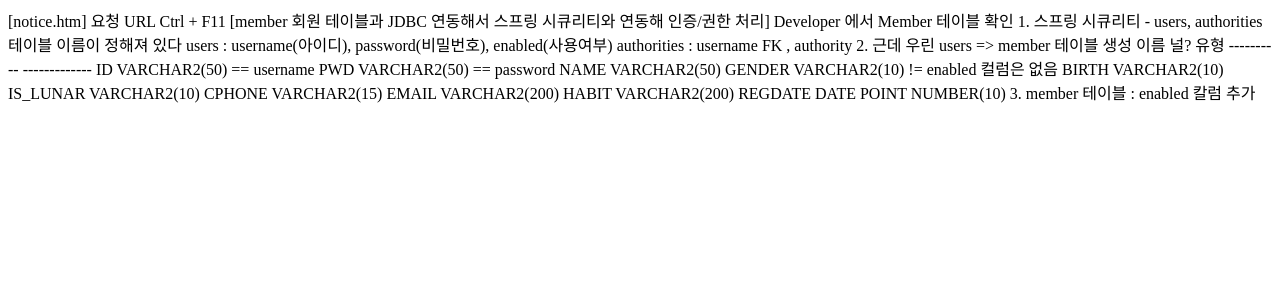
Repository: Vida0822/-
Page: SL11_SECURITY2_JDBC/src/main/webapp/customer/notice.htm
The author's editor kept a copy of each file at every save. The page is drawn from the files as they stood at one save, then again after the next save.
The browser window is 1280 px wide. The pictures show the whole page.

Above is the page before, as saved 2023-07-05 00:30:03.

After the next save:
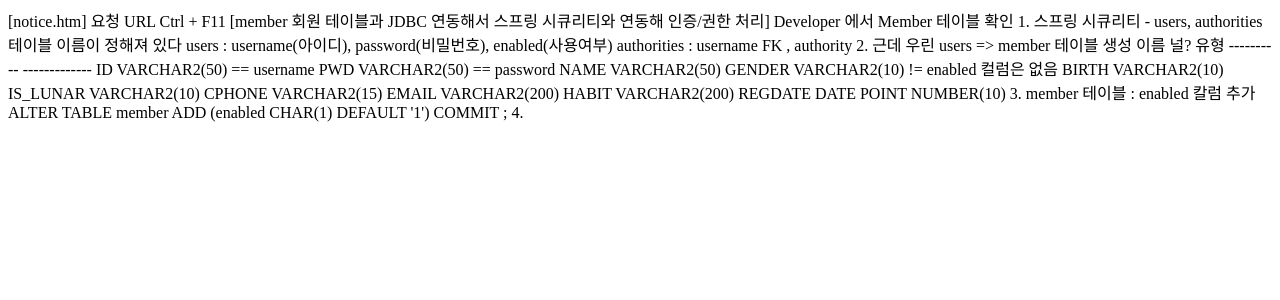
Saved 90 s later.
--- a/SL11_SECURITY2_JDBC/src/main/webapp/customer/notice.htm
+++ b/SL11_SECURITY2_JDBC/src/main/webapp/customer/notice.htm
@@ -27,3 +27,8 @@ REGDATE     DATE
 POINT       NUMBER(10)
 
 3. member 테이블 : enabled 칼럼 추가
+ALTER TABLE member
+ADD (enabled CHAR(1) DEFAULT '1')
+COMMIT ;
+
+4.
